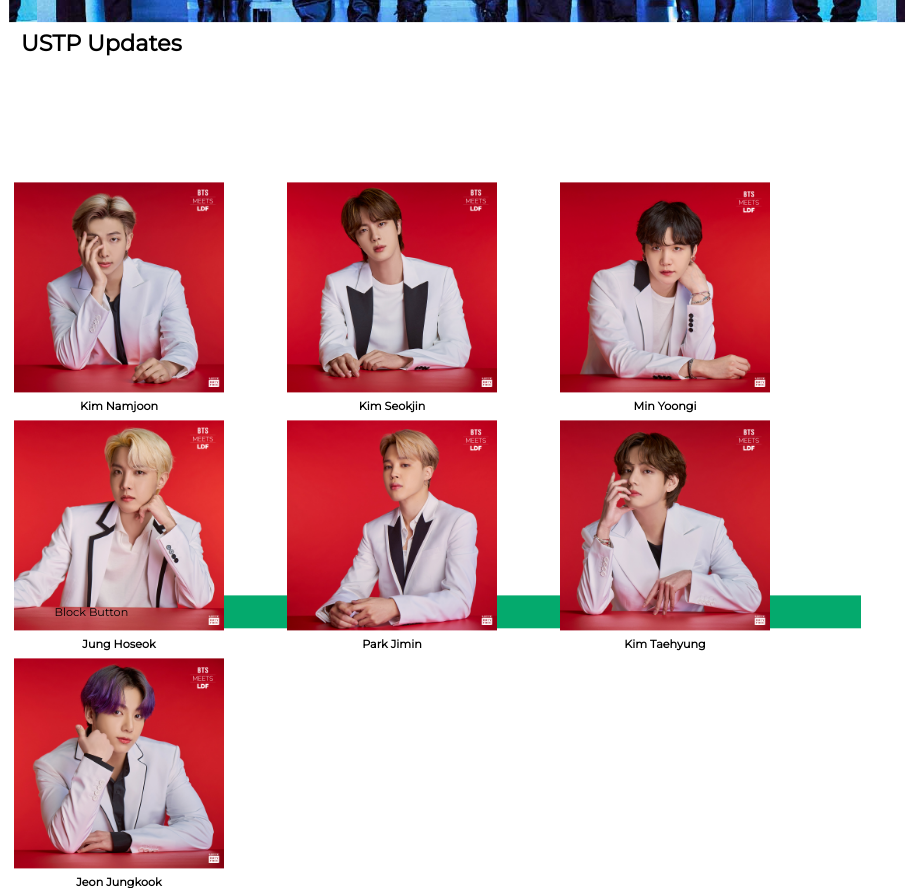
Repository: Joy5345/Colis-MidTerm_PIT
Page: index.html
The author's editor kept a copy of each file at every save. The page is drawn from the files as they stood at one save, then again after the next save.
The browser window is 1280 px wide. The page is 1293 px wide, so the pictures cover 1293 px, including what lies to the right of the window. The pictures show the part of the page from y = 1522 to 3402 px (the page is 2791 px tall before and 4212 px after), at 70% of full size.

Above is the page before, as saved 2023-07-29 20:31:03.

### index.html
<!DOCTYPE html>
<html lang="en">
<head>
    <meta charset="UTF-8">
    <meta name="viewport" content="width=device-width, initial-scale=1.0">
    <link rel="stylesheet" href="css/style.css">
    <link rel="stylesheet" href="https://cdnjs.cloudflare.com/ajax/libs/font-awesome/6.4.0/css/all.min.css" integrity="sha512-iecdLmaskl7CVkqkXNQ/ZH/XLlvWZOJyj7Yy7tcenmpD1ypASozpmT/E0iPtmFIB46ZmdtAc9eNBvH0H/ZpiBw==" crossorigin="anonymous" referrerpolicy="no-referrer" />
    <link rel="preconnect" href="https://fonts.googleapis.com">
    <link rel="preconnect" href="https://fonts.gstatic.com" crossorigin>
    <link href="https://fonts.googleapis.com/css2?family=Montserrat:wght@100;200;300;400&display=swap" rel="stylesheet">
    <title>USTP</title>

</head>
<body>
    <div class="main1">
        <div class="nav-menu1">
            <nav>
                <ul>
                    <li><a href="#"><i class="fa-solid fa-arrow-up-right-from-square"></i>Career Center</a></li>
                    <li><a href="#"><i class="fa-solid fa-arrow-up-right-from-square"></i>Student Affairs</a></li>
                    <li><a href="#"><i class="fa-solid fa-arrow-up-right-from-square"></i>Alumni Affairs</a></li>
                    <li><a href="#"><i class="fa-solid fa-arrow-up-right-from-square"></i>Employees</a></li>
                    <li><a href="#"><i class="fa-solid fa-ear-listen"></i>COVID-19 Response</a></li>
                </ul>
            </nav>

            <div class="nav-icon">
                <a href="#"><i class="fa-solid fa-magnifying-glass"></i></a>
                <a href="#"><i class="fa-brands fa-twitter"></i></a>
                <a href="#"><i class="fa-brands fa-instagram"></i></a>
                <a href="#"><i class="fa-brands fa-youtube"></i></a>
                <a href="#"><i class="fa-brands fa-facebook-f"></i></a>
            </div>
        </div>
    </div>

    <div class="nav-menu2">
        <div class="container1">
            <nav>
                <div class="logo1">
                    <img src="images/USTP logo.png" alt="USTP" class="Univ">
                </div>
            </nav>


            <div class="nav-services">
                    <ul>
                        <li><a href="#">About <i class="fa-solid fa-angle-down"></i></a></li>
                        <li><a href="#">Academics <i class="fa-solid fa-angle-down"></i></a></li>
                        <li><a href="#">Research, Innovation & Entrepreneurship <i class="fa-solid fa-angle-down"></i></a></li>
                        <li><a href="#">Global <i class="fa-solid fa-angle-down"></i></a></li>
                        <li><a href="#">Updates <i class="fa-solid fa-angle-down"></i></a></li>
                        <li><a href="#">Services <i class="fa-solid fa-angle-down"></i></a></li>
                    </ul>
            </div>

        </div>
    </div>

    <div class="wallpaper1"></div>

    <div class="logos">
        <div class="container2">
            <img src="images/logo1.png" alt="Logo 1">
            <img src="images/logo2.png" alt="Logo 2">
            <img src="images/logo3.png" alt="Logo 3">
            <img src="images/logo4.png" alt="Logo 4">
            <img src="images/logo5.png" alt="Logo 5">
            <img src="images/logo6.png" alt="Logo 6">
        </div>
    </div>

    <div class="about-ustp-header">
        <nav class="about-ustp">
            <a href="#">ABOUT USTP</a>
        </nav>
    </div>

        <div>
            <div class="info">
                <p>Lorem ipsum dolor sit, amet consectetur adipisicing elit. Mollitia esse quisquam, velit laboriosam unde nostrum, vel beatae voluptate tempora commodi culpa consequatur perferendis corporis officia dignissimos eveniet assumenda consequuntur natus perspiciatis rem aspernatur recusandae. Laborum aspernatur quo sequi molestiae provident, amet reprehenderit, modi quaerat ut cum temporibus accusantium eveniet tenetur.</p> <br>

                <p>Lorem ipsum dolor sit amet consectetur adipisicing elit. Temporibus quos harum officiis quae incidunt nam vero consectetur similique cumque quisquam. Doloribus exercitationem perspiciatis sed obcaecati voluptas eum quam delectus temporibus veritatis, recusandae laboriosam minus quos ad sint quaerat corporis omnis voluptatem eveniet sit aperiam cupiditate. Dolor minus temporibus voluptatum tempora!</p>
            </div>
        </div>
    </div>

    <div class="learn-more">
        <div class="learn-more-btn">
            <a href="#" class="learn-more-link">Learn more about USTP</a>
        </div>
    </div>

    <div class="wallpaper2"></div>

    <h1>USTP Updates</h1>

    <div class="container4">
        <div class="card">
            <img src="images/kim namjoon.jpg" alt="card1">
            <div class="name">
              <p>Kim Namjoon</p>
            </div>
        </div>

        <div class="card">
            <img src="images/kim seokjin.jpg" alt="card2">
            <div class="name">
              <p>Kim Seokjin</p>
            </div>
        </div>

        <div class="card">
            <img src="images/min yoongi.jpg" alt="card3">
            <div class="name">
              <p>Min Yoongi</p>
            </div>
        </div>

        <div class="card">
            <img src="images/jung hoseok.jpg" alt="card4">
            <div class="name">
              <p>Jung Hoseok</p>
            </div>
        </div>

        <div class="card">
            <img src="images/park jimin.jpg" alt="card5">
            <div class="name">
              <p>Park Jimin</p>
            </div>
        </div>

        <div class="card">
            <img src="images/kim taehyung.jpg" alt="card6">
            <div class="name">
              <p>Kim Taehyung</p>
            </div>
        </div>

        <div class="card">
            <img src="images/jeon jungkook.jpg" alt="card7">
            <div class="name">
              <p>Jeon Jungkook</p>
            </div>
        </div>
    </div>


    <div class="container5">
        <div>
            <button type="button" class="block">Block Button</button>
        </div>
    </div>


</body>
</html>

### css/style.css
*{
    font-family: Montserrat;
    box-sizing: border-box;
    margin: 0 0;
}
.main1{
    display: flex;
    background-color: rgb(17, 17, 56);
    color: aliceblue;
    width: 100%;
    justify-content: center;
    padding-top: 10px;
    padding-bottom: 10px;

}
.nav-menu1{
    width: 80%;
    background-color: rgb(17, 17, 56);
    display: flex;
    align-items: center;
    justify-content: space-between;
}
nav ul{
    list-style: none;
}
nav ul li{
   display: inline-flex;
   list-style: none;
}
nav ul li a{
    margin-right: 10px;
    color: aliceblue;
    font-size: .8rem;
    text-decoration: none;
}
nav ul li a i{
    margin-right: 10px;
}
.fa-solid{
    margin-left: 5px;
}
.nav-icon i{
    margin-left: 20px;
    color: aliceblue;
}
.fa-magnifying-glass{
    color: aliceblue;
    font-size: 1rem;
    font-weight: bolder;
}
.nav ul li a:hover{
    color:gold;
}
.nav-icon i:hover{
    color: gold;
}

.nav-menu2{
    background-color: #fff;
    padding: 5px;
    display: flex;
    align-items: center;
    justify-content: space-between;
}

.container1 {
    display: flex;
    align-items: center;
}

.Univ{
    width: 350px;
    margin-right: 10px;
}

.nav-services ul{
    display: flex;
    margin-left: auto;
    align-items:end;
    text-decoration: none;
}

.nav-services > ul li{
    display: inline-flex;
    margin-left: 20px;
    list-style: none;
}

.nav-services > ul li a{
    text-decoration: none;
    color:black;
    font-weight: bold;
    font-size: small;
    margin-left: 10px;
}

.nav-services > ul li a i{
    margin-left: 10px;
}

.nav-services > ul li a:hover{
    color: gray;
}

.wallpaper1{
    height: 350px;
    width: 100%;
    margin-left: 1%;
    background-image: url("../images/bts1.jpg");
    border-top-left-radius: 50px;
    border-bottom-right-radius: 50px;
    background-position: center center;
}

.logos{
    background-color: #f0f0f0;
    padding: 20px 0;
    text-align: center;
}

.container2{
    display: flex;
    justify-content: center;
}

.container2 img {
    max-width: 70px;
    margin: 0 15px;
}

.about-ustp-header{
    background-color: #220e5f;
    padding: 20px 20px 20px 20px;
    justify-content: flex-end;
    border-radius: 10px;
}

.about-ustp{
    text-transform: uppercase;
    text-align: right;
}

.about-ustp a {
    color: #fff;
    text-decoration: none;
    margin-left: auto;
}

.info {
    padding: 40px 20px;
    background-color: #fff;
    text-align: justify;
}

.info-content {
    max-width: 500px;
    margin: 0 auto;
}


.info-content p {
    font-size: 16px;
    margin-bottom: 100px;
}

.learn-more-btn {
    text-align: right;
    margin-bottom: 50px;
    background-color: #220e5f;
    position: right;
    align-items: flex-end;
    width: fit-content;
    cursor: pointer;
}

.learn-more-link {
    display: inline-block;
    padding: 10px 20px;
    background-color: var(--primary-color);
    color: goldenrod;
    text-decoration: none;
    border-radius: 5px;
    font-size: 16px;
    box-shadow: 0 4px 8px rgba(0, 0, 0, 0.2);
    transition: background-color 0.2s ease;
}

.learn-more-link:hover {
    text-decoration-color: #220e5f;
    background-color: goldenrod;
}

.wallpaper2{
    height: 600px;
    width: 100%;
    margin-left: 1%;
    background-image: url("../images/bts3.jpg");
    background-position: center center;
}

h1{
    padding-top: 10px;
    padding-left: 30px;
    gap: 2px;
}

.container4 {
    padding-top: 10px;
    display: flex;
    height: 100vh;
    width: 100vw;
    gap: 70px;
    flex-wrap: wrap;
}

@media screen and (max-width: 1600px) {
    .card {
      width: 300px;
    }
}

@media screen and (max-width: 800px) {
    .card {
      width: 500px;
    }
    .card-container {
      justify-content: center;
    }
}

.card{
    height: 100px;
    width: 300px;
    display: flex;
    flex-direction: column;
    gap: 10px;
    margin-top: 170px;
    margin-left: 20px;
    transition: ease-in-out 600ms;
}

.name{
    text-align: center;
    font-weight: bolder;
}

.container5{
    padding: 50px;
}
.block {
    padding: 50px;
    display: flex;
    width: 100%;
    border: none;
    background-color: #04AA6D;
    padding: 14px 28px;
    font-size: 16px;
    cursor: pointer;
    text-align: center;
  }

After the next save:
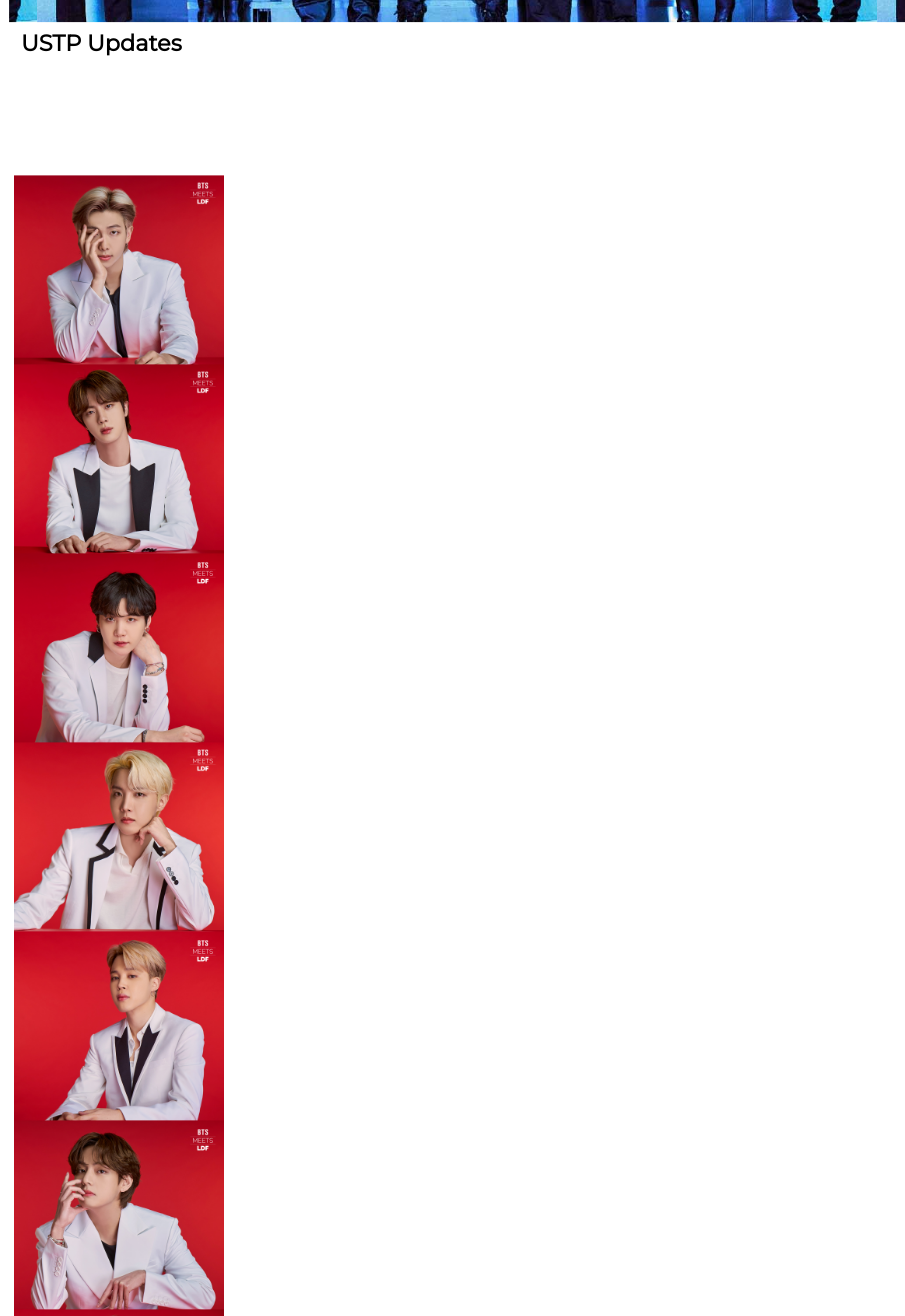
Saved 79 s later.
--- a/index.html
+++ b/index.html
@@ -95,7 +95,7 @@
 
     <h1>USTP Updates</h1>
 
-    <div class="container4">
+    <div class="container3">
         <div class="card">
             <img src="images/kim namjoon.jpg" alt="card1">
             <div class="name">
@@ -147,7 +147,7 @@
     </div>
 
 
-    <div class="container5">
+    <div class="container4">
         <div>
             <button type="button" class="block">Block Button</button>
         </div>

After the save that followed:
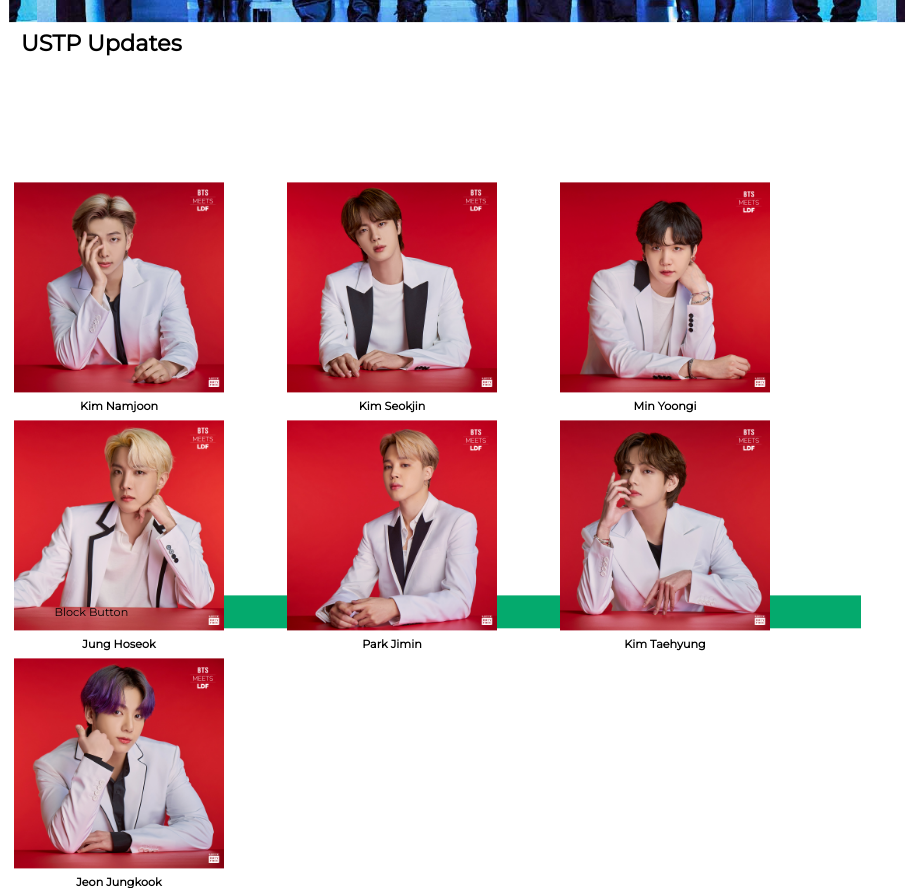
Saved 14 s later.
--- a/css/style.css
+++ b/css/style.css
@@ -204,7 +204,7 @@
     gap: 2px;
 }
 
-.container4 {
+.container3 {
     padding-top: 10px;
     display: flex;
     height: 100vh;
@@ -244,7 +244,7 @@
     font-weight: bolder;
 }
 
-.container5{
+.container4{
     padding: 50px;
 }
 .block {
